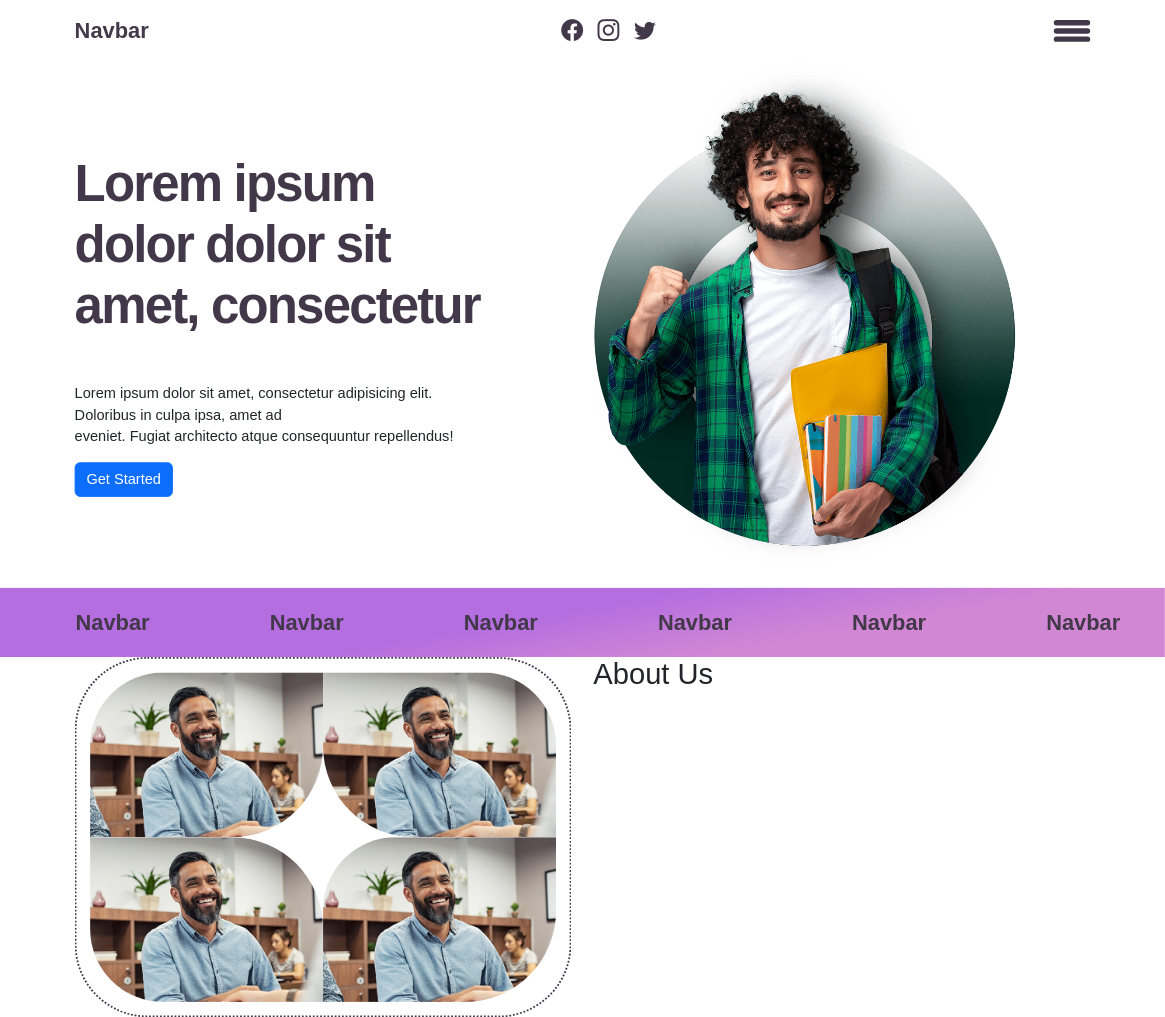
Repository: tagnam/project27012025
Page: index.html
An editor plug-in stored every save of this project. The page is shown before and after the next save, followed by the edit.
The browser window is 1280 px wide. The pictures show the whole page, at 91% of full size.

Above is the page before, as saved 2025-01-27 16:38:09.

After the next save:
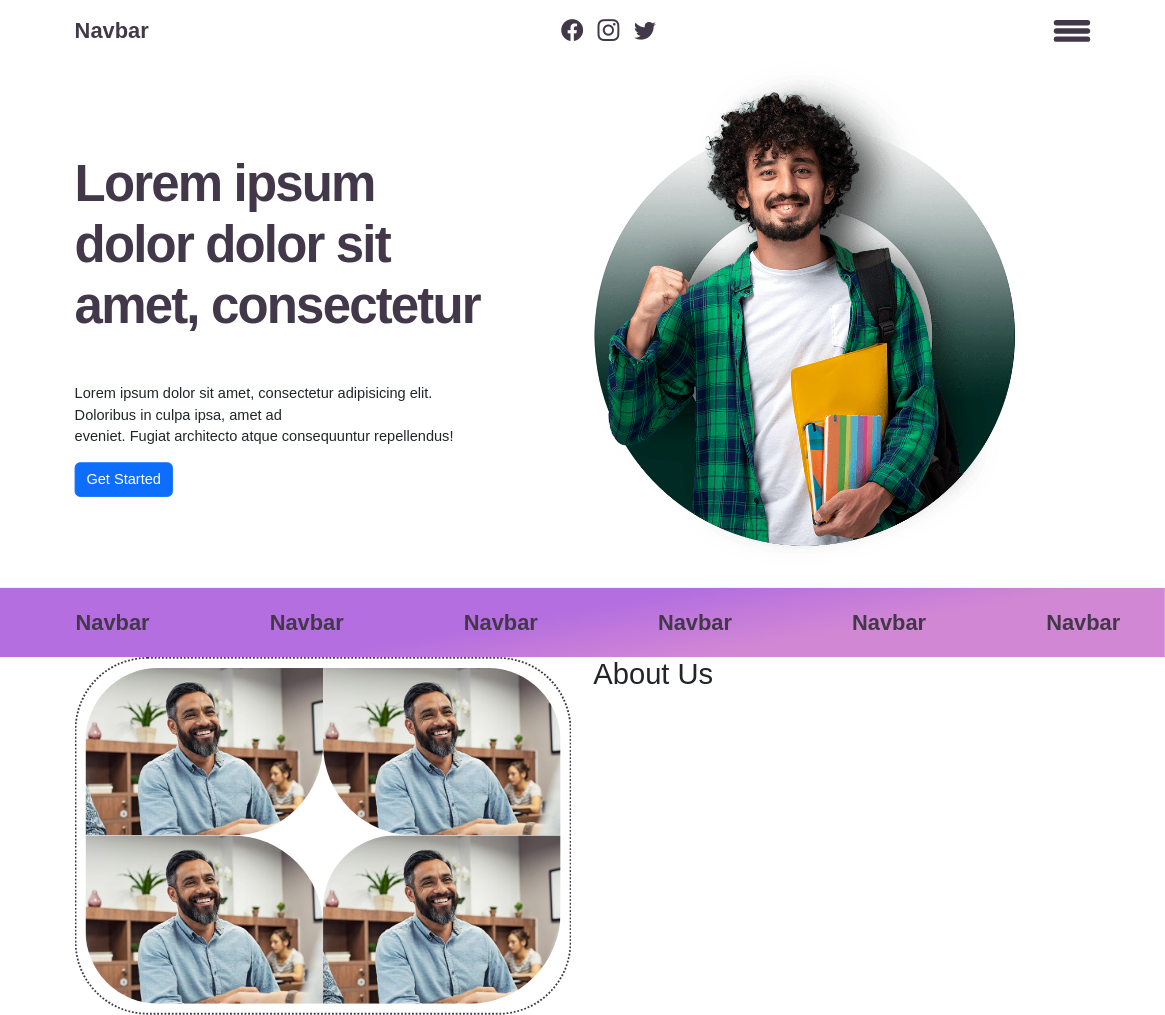
Saved 36 s later.
--- a/style/css/index.css
+++ b/style/css/index.css
@@ -95,7 +95,7 @@ width: 100%;
 }
 .about-row {
     border: 2px dotted var(--dark-color);
-    padding: 15px;
+    padding: 10px;
     border-radius: 80px;
 }
 
